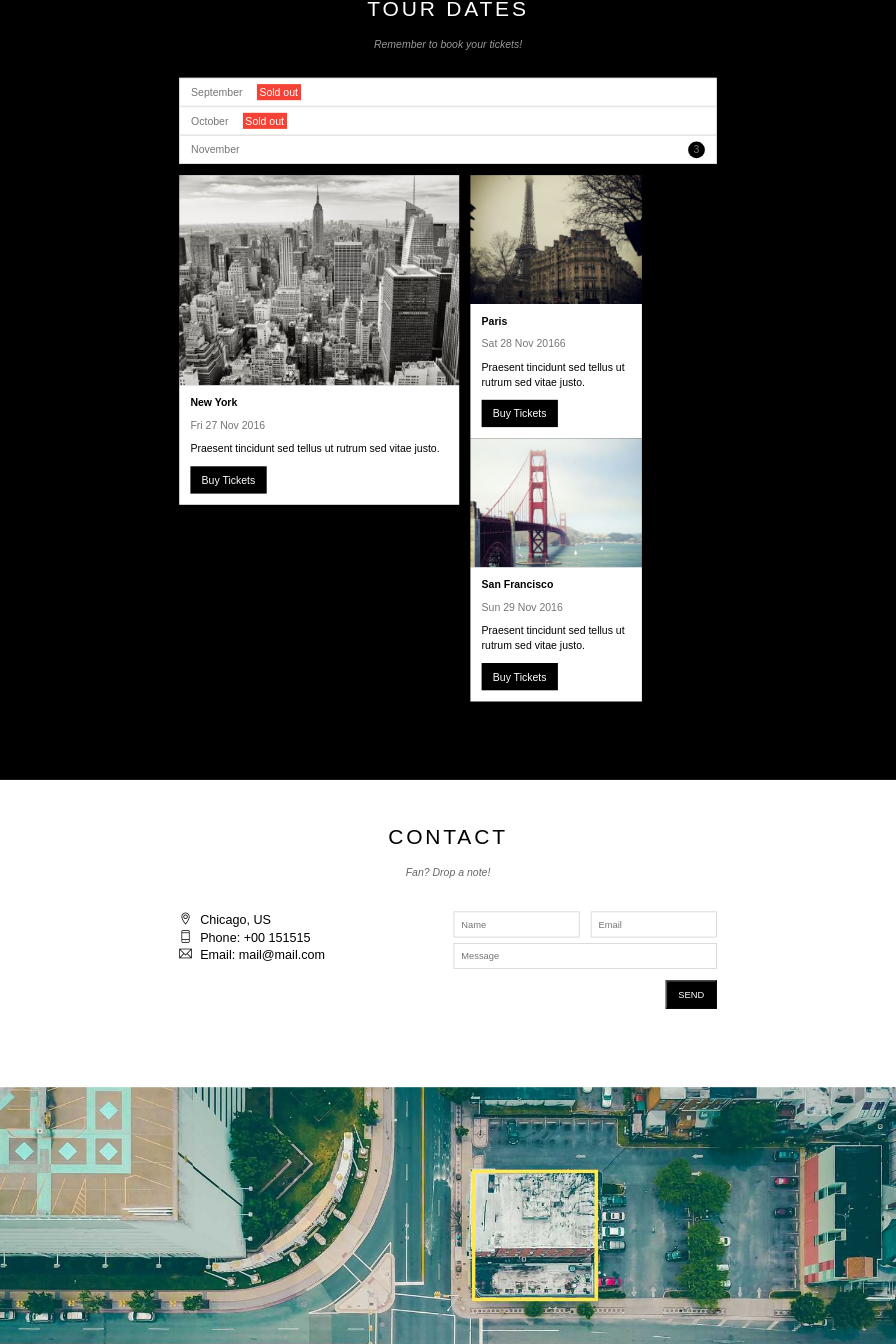
Repository: BrandonTuan777/The_Band
Page: index.html
These files come from the project's save history. The page is drawn as it stood at one moment and after the next save; the edit follows.
The browser window is 1280 px wide. The pictures show the part of the page from y = 1433 to 3353 px (the page is 3900 px tall before and 3524 px after), at 70% of full size.

Above is the page before, as saved 2022-04-12 21:26:37.

### index.html
<!DOCTYPE html>
<html lang="en">
  <head>
    <meta charset="UTF-8" />
    <meta http-equiv="X-UA-Compatible" content="IE=edge" />
    <meta name="viewport" content="width=device-width, initial-scale=1.0" />
    <title>The Band</title>
    <link
      rel="shortcut icon"
      type="image/jpg"
      href="./assets/img/favicon/01d1b4547ce03c3ec499c827caac4a72.jpg"
    />
    <link rel="stylesheet" href="./assets/css/styles.css" />
    <link rel="stylesheet" href="./assets/css/responsive.css" />

    <link
      rel="stylesheet"
      href="./assets//fonts/themify-icons/themify-icons.css"
    />
  </head>
  <body>
    <div id="main">
      <div id="header">
        <!-- Begin:Nav -->
        <ul id="nav">
          <li><a href="#">Home</a></li>
          <li><a href="#band">Band</a></li>
          <li><a href="#tour">Tour</a></li>
          <li><a href="#contact">Contact</a></li>
          <li>
            <a href="#">
              More
              <i class="nav-arrow-down ti-angle-down"></i>
            </a>
            <ul class="subnav">
              <li><a href="#">Merchandise</a></li>
              <li><a href="#">Extras</a></li>
              <li><a href="#">Media</a></li>
            </ul>
          </li>
        </ul>
        <!-- End:Nav -->

        <!-- Begin:Search button -->
        <div class="search-btn">
          <i class="search-icon ti-search"></i>
        </div>

        <div id="mobile-menu" class="mobile-menu-btn">
          <i class="menu-icon ti-menu"></i>
        </div>
        <!-- End:Search button -->
      </div>

      <div id="slider">
        <div class="text-content">
          <h2 class="text-heading">New York</h2>
          <div class="text-description">
            The atmosphere in New York is lorem ipsum.
          </div>
        </div>
      </div>

      <div id="content">
        <!--About section  -->
        <div id="band" class="content-section">
          <h2 class="section-heading">THE BAND</h2>
          <p class="section-sub-heading">We love music</p>
          <p class="about-text">
            We have created a fictional band website. Lorem ipsum dolor sit
            amet, consectetur adipiscing elit, sed do eiusmod tempor incididunt
            ut labore et dolore magna aliqua. Ut enim ad minim veniam, quis
            nostrud exercitation ullamco laboris nisi ut aliquip ex ea commodo
            consequat. Duis aute irure dolor in reprehenderit in voluptate velit
            esse cillum dolore eu fugiat nulla pariatur. Excepteur sint occaecat
            cupidatat non proident, sunt in culpa qui officia deserunt mollit
            anim id est laborum consectetur adipiscing elit, sed do eiusmod
            tempor incididunt ut labore et dolore magna aliqua. Ut enim ad minim
            veniam, quis nostrud exercitation ullamco laboris nisi ut aliquip ex
            ea commodo consequat.
          </p>
          <div class="row member-list">
            <div class=" member-item text-center col  col-third mt-16">
            <p class="member-name">Name</p>
              <img
                class="member-img"
                src="./assets/img/team/member1.jpg"
                alt=""
              />
            </div>
            <div class=" member-item text-center col  col-third mt-16">
              <p class="member-name">Name</p>
              <img
                class="member-img"
                src="./assets/img/team/member1.jpg"
                alt=""
              />
            </div>
            <div class=" member-item text-center col  col-third mt-16">
              <p class="member-name">Name</p>
              <img
                class="member-img"
                src="./assets/img/team/member1.jpg"
                alt=""
              />
            </div>
          </div>
        </div>
        <!-- Tour section -->
        <div id="tour" class="tour-section">
          <div class="content-section">
            <h2 class="section-heading text-white">TOUR DATES</h2>
            <p class="section-sub-heading text-white">
              Remember to book your tickets!
            </p>
            <!-- Tickets -->
            <ul class="ticket-list">
              <li>September <span class="sold-out">Sold out</span></li>
              <li>October <span class="sold-out">Sold out</span></li>
              <li>November <span class="quantity">3</span></li>
            </ul>

            <!-- Places -->
            <div class="row places-list">
              <div class="col s-col-fullcol-third">
                <img
                  src="./assets/img/places/places1.jpg"
                  alt=""
                  class="place-img"
                />
                <div class="place-body">
                  <h3 class="place-heading">New York</h3>
                  <p class="place-time">Fri 27 Nov 2016</p>
                  <p class="place-description">
                    Praesent tincidunt sed tellus ut rutrum sed vitae justo.
                  </p>
                  <a href="#" class="btn">Buy Tickets</a>
                </div>
              </div>
              <div class="col s-col-full col-third">
              <img
                  src="./assets/img/places/places2.jpg"
                  alt=""
                  class="place-img"
                />
                <div class="place-body">
                  <h3 class="place-heading">Paris</h3>
                  <p class="place-time">Sat 28 Nov 20166</p>
                  <p class="place-description">
                    Praesent tincidunt sed tellus ut rutrum sed vitae justo.
                  </p>
                  <a href="#" class="btn">Buy Tickets</a>
                </div>
              </div>
              <div class="col s-col-full col-third">
              <img
                  src="./assets/img/places/places3.jpg"
                  alt=""
                  class="place-img"
                />
                <div class="place-body">
                  <h3 class="place-heading">San Francisco</h3>
                  <p class="place-time">Sun 29 Nov 2016</p>
                  <p class="place-description">
                    Praesent tincidunt sed tellus ut rutrum sed vitae justo.
                  </p>
                  <a href="#" class="btn">Buy Tickets</a>
                </div>
              </div>
            </div>
          </div>
        </div>
        <!--Begin: Contact section -->
        <div id="contact" class="content-section">
          <h2 class="section-heading">CONTACT</h2>
          <p class="section-sub-heading">Fan? Drop a note!</p>
          <div class="row contact-content">
            <div class="col col-half contact-info">
              <p><i class="ti-location-pin"></i>Chicago, US</p>
              <p><i class="ti-mobile"></i>Phone: +00 151515</p>
              <p><i class="ti-email"></i>Email: mail@mail.com</p>
            </div>
            <div class="col col-half contact-form">
              <form action="">
                <div class="row">
                  <div class="col col-half">
                    <input
                      type="text"
                      name=""
                      id=""
                      required
                      placeholder="Name"
                      class="form-control"
                    />
                  </div>
                  <div class="col col-half">
                    <input
                      type="email"
                      name=""
                      id=""
                      required
                      placeholder="Email"
                      class="form-control"
                    />
                  </div>
                </div>
                <div class="row mt-8">
                  <div class="col col-full">
                    <input
                      type="text"
                      name=""
                      id=""
                      required
                      placeholder="Message"
                      class="form-control"
                    />
                  </div>
                </div>
                <input
                  class="pull-rigth btn mt-16"
                  type="submit"
                  value="SEND"
                />
              </form>
            </div>
          </div>
        </div>
        <!--End: Contact section -->
        <div class="map-section">
          <img src="./assets/img/map/map.jpg" alt="" />
        </div>
      </div>
      <!-- Footer -->
      <div id="footer">
        <div class="social">
          <a href=""><i class="ti-facebook"></i></a>
          <a href=""><i class="ti-instagram"></i></a>
          <a href=""><i class="ti-youtube"></i></a>
          <a href=""><i class="ti-pinterest"></i></a>
          <a href=""><i class="ti-twitter-alt"></i></a>
          <a href=""><i class="ti-linkedin"></i></a>
        </div>
        <p class="copy-right">
          Powered by
          <a href="https://www.w3schools.com/w3css/default.asp" target="_blank"
            >w3.css</a
          >
        </p>
      </div>
    </div>
    <script>
      var header = document.getElementById("header");
      var mobileMenu = document.getElementById("mobile-menu");
      var headerHeight = header.clientHeight;

      // Đóng mở mobile menu
      mobileMenu.onclick = () => {
        var isClosed = header.clientHeight === headerHeight;
        if (isClosed) {
          header.style.height = "auto";
        } else {
          header.style.height = null;
        }
      };
      //Tự động đóng
      var menuItems = document.querySelectorAll('#nav li a[href*="#"]');
      console.log(menuItems);

      for (var i = 0; i < menuItems.length; i++) {
        var menuItem = menuItems[i];

        console.log(menuItem);
        menuItem.onclick = function () {
          var isParentMenu =  this.nextElementSibling &&  this.nextElementSibling.classList.contains("subnav");
          if (isParentMenu) {
            event.preventDefault();
          } else {
            header.style.height = null;
          }
        };
      }
    </script>
  </body>
</html>

### assets/css/styles.css
/* Reset CSS */
* {
  padding: 0;
  margin: 0;
  box-sizing: border-box;
}

html {
  font-family: Arial, Helvetica, sans-serif;
  scroll-behavior: smooth;
}

/* Common */
.clear {
  clear: both;
}

.text-white {
  color: #fff !important;
}

.row {
  margin-left: -8px;
  margin-right: -8px;
}

.row::after {
  content: "";
  display: block;
  clear: both;
}

.col-half {
  width: 50%;
}

.col-full {
  width: 100%;
}

.col {
  float: left;
  padding-left: 8px;
  padding-right: 8px;
}

.col-third {
  width: 33.333%;
}

.text-center {
  text-align: center !important;
}

.mt-8 {
  margin-top: 8px !important;
}

.mt-16 {
  margin-top: 16px !important;
}

.btn {
  color: #fff;
  background-color: #000;
  text-decoration: none;
  padding: 11px 16px;
  display: inline-block;
  margin-top: 15px;
}

.btn:hover {
  color: #000;
  background-color: #757575;
  border: none;
}

.pull-rigth {
  float: right !important;
}

/* Main */
#main {
}

#header {
  position: fixed;
  top: 0;
  left: 0;
  right: 0;
  height: 46px;
  background-color: #000;
  z-index: 1;

}

#nav {
  display: inline-block;
}

#nav,
.subnav {
  list-style: none;
}

#nav > li {
  display: inline-block;
}

#nav li {
  position: relative;
}

#nav > li > a {
  color: white;
  text-transform: uppercase;
}

#nav li a {
  text-decoration: none;
  line-height: 46px;
  padding: 0 24px;
  display: block;
}

#nav li:hover .subnav {
  display: block;
}

#nav .subnav li:hover a,
#nav > li:hover > a {
  color: #000;
  background-color: #ccc;
}

#nav .subnav {
  display: none;
  min-width: 160px;
  top: 100%;
  left: 0;
  position: absolute;
  background-color: #fff;
  box-shadow: 0 0 10px rgba(0, 0, 0, 0.3);
}

#nav .subnav a {
  color: #000;
  padding: 0 12px;
  line-height: 38px;
}

#nav .nav-arrow-down {
  font-size: 11px;
}

#header .mobile-menu-btn {
  position: absolute;
  top: 0;
  right: 0;
  display: none;
}

#header .mobile-menu-btn,
#header .search-btn {
  float: right;
  padding: 0 21px;
}

#header .search-btn:hover {
  background-color: red;
  cursor: pointer;
}

#header .mobile-menu-btn:hover {
  background-color: #ccc;
}

#header .mobile-menu-btn:hover .menu-icon {
  color: #000;
}

#header .menu-icon,
#header .search-icon {
  color: #ccc;
  font-size: 20px;
  line-height: 46px;
}

#slider {
  position: relative;
  margin-top: 46px;
  padding-top: 50%;
  background: url("/assets/img/slider/slider1.jpg") top center / cover no-repeat;
}

#slider .text-content {
  position: absolute;
  bottom: 47px;
  color: #fff;
  text-align: center;
  /* transform: translateX(-50%);
  left: 50%; */
  width: 100%;
}

#slider .text-heading {
  font-weight: 500;
  font-size: 25px;
}

#slider .text-description {
  font-size: 15px;
  margin-top: 25px;
}

#content {
}

#content .content-section {
  width: 800px;
  max-width: 100%;
  padding: 64px 0 112px;
  margin-left: auto;
  margin-right: auto;
  padding-left: 16px;
  padding-right: 16px;
}

#content .section-heading {
  font-size: 30px;
  text-align: center;
  font-weight: 500;
  letter-spacing: 4px;
}
#content .section-sub-heading {
  font-size: 15px;
  text-align: center;
  margin-top: 25px;
  font-style: italic;
  opacity: 0.6;
}

#content .about-text {
  margin-top: 25px;
  font-size: 15px;
  text-align: justify;
  line-height: 1.4;
}

#content .member-list {
  margin-top: 48px;
}

#content .member-item {
  text-align: center;
}

#content .member-name {
  font-size: 15px;
}

#content .member-img {
  width: 154px;
  margin-top: 15px;
  border-radius: 4px;
}

/* Tour section */
.tour-section {
  background-color: #000;
}

.ticket-list {
  margin-top: 40px;
  background-color: #fff;
}

.ticket-list li {
  font-size: 15px;
  padding: 11px 16px;
  border: 1px solid #ddd;
  color: #757575;
  list-style: none;
}

.ticket-list .sold-out {
  background-color: #f44336 !important;
  color: #fff;
  padding: 3px 4px;
  margin-left: 16px;
}

.ticket-list .quantity {
  float: right;
  width: 24px;
  height: 24px;
  background-color: #000;
  border-radius: 50%;
  text-align: center;
  line-height: 24px;
  margin-top: -3px;
}

/* Places */

.places-list {
  margin-top: 16px;
}
.place-img {
  width: 100%;
  display: block;
}
.place-img:hover {
  opacity: 0.6;
}
.place-body {
  padding: 16px;
  font-size: 15px;
  background-color: #fff;
}
.place-heading {
  font-size: 15px;
  font-weight: 600;
}
.place-time {
  margin-top: 15px;
  color: #757575;
}
.place-description {
  margin-top: 15px;
  line-height: 1.4;
}

/* Contact form */

.contact-content {
  margin-top: 48px;
}

.contact-info {
  font-size: 18px;
  line-height: 1.4;
}
.contact-info i[class*="ti-"] {
  width: 30px;
  display: inline-block;
}

.contact-form {
  font-size: 15px;
}

.contact-form .form-control {
  border: 1px solid #ccc;
  width: 100%;
  padding: 10px;
}

/* Map section */

.map-section img {
  width: 100%;
}

#footer {
  padding: 64px 16px;
  text-align: center;
}

#footer .social {
  font-size: 20px;
  margin-bottom: 20px;
}

#footer .social a {
  color: rgba(0, 0, 0, 0.6);
  text-decoration: none;
}

#footer .copy-right:hover,
#footer .social a:hover {
  color: rgba(0, 0, 0, 0.4);
}

#footer .copy-right {
  color: rgba(0, 0, 0, 0.6);
}

#footer .copy-right a {
  color: rgba(0, 0, 0, 0.6);
}

### assets/css/responsive.css
/* PC */
@media (min-width: 1024px) {
}
/* Tablet */
@media (min-width: 740px) and (max-width: 1023px) {
}
/* Mobile */

@media (max-width: 740px) {
  #header {
    overflow: hidden;
  }
  #header .mobile-menu-btn {
    display: block;
  }
  #nav li a {
    padding: 1px 24px;
  }

  #header .search-btn {
    display: none;
  }

  #nav {
    display: block;
  }

  #nav > li {
    display: block;
  }
  #nav > li:first-child {
    display: inline-block;
  }
  #nav .subnav {
    position: initial;
    background-color: #333;
  }
  #nav .subnav a {
    color: #fff;
    padding: 5px 41px;
  }

  #content .member-item{
      margin-top: 30px;
      width: 100%;
  }
  #content .member-img{
      width: 60%;
  }
  s-col-full{
      width: 100%;
  }

}

Loaded but not shown: assets/fonts/themify-icons/themify-icons.css (common file)

After the next save:
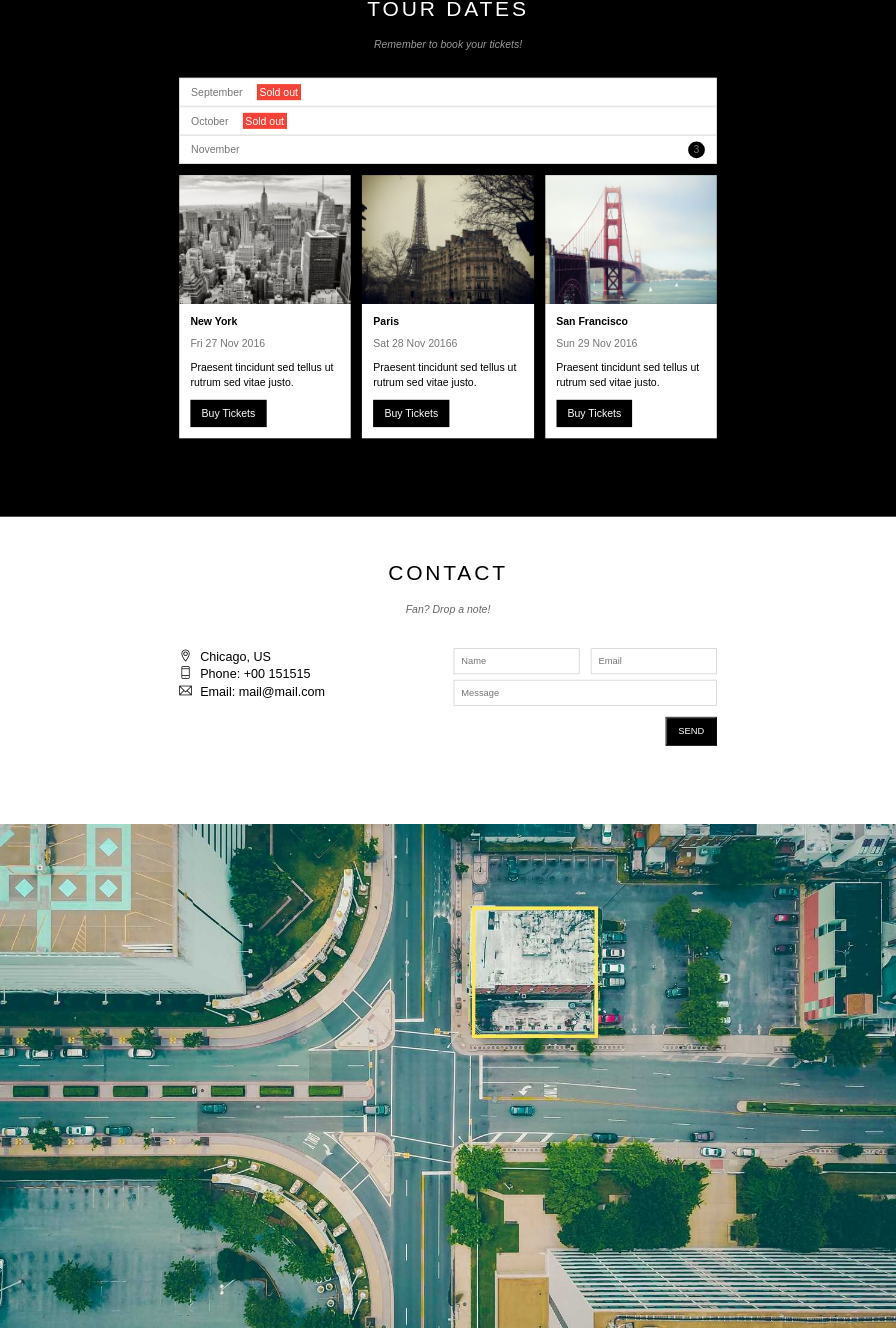
Saved 4 s later.
--- a/index.html
+++ b/index.html
@@ -122,7 +122,7 @@
 
             <!-- Places -->
             <div class="row places-list">
-              <div class="col s-col-fullcol-third">
+              <div class="col s-col-full col-third">
                 <img
                   src="./assets/img/places/places1.jpg"
                   alt=""

After the save that followed:
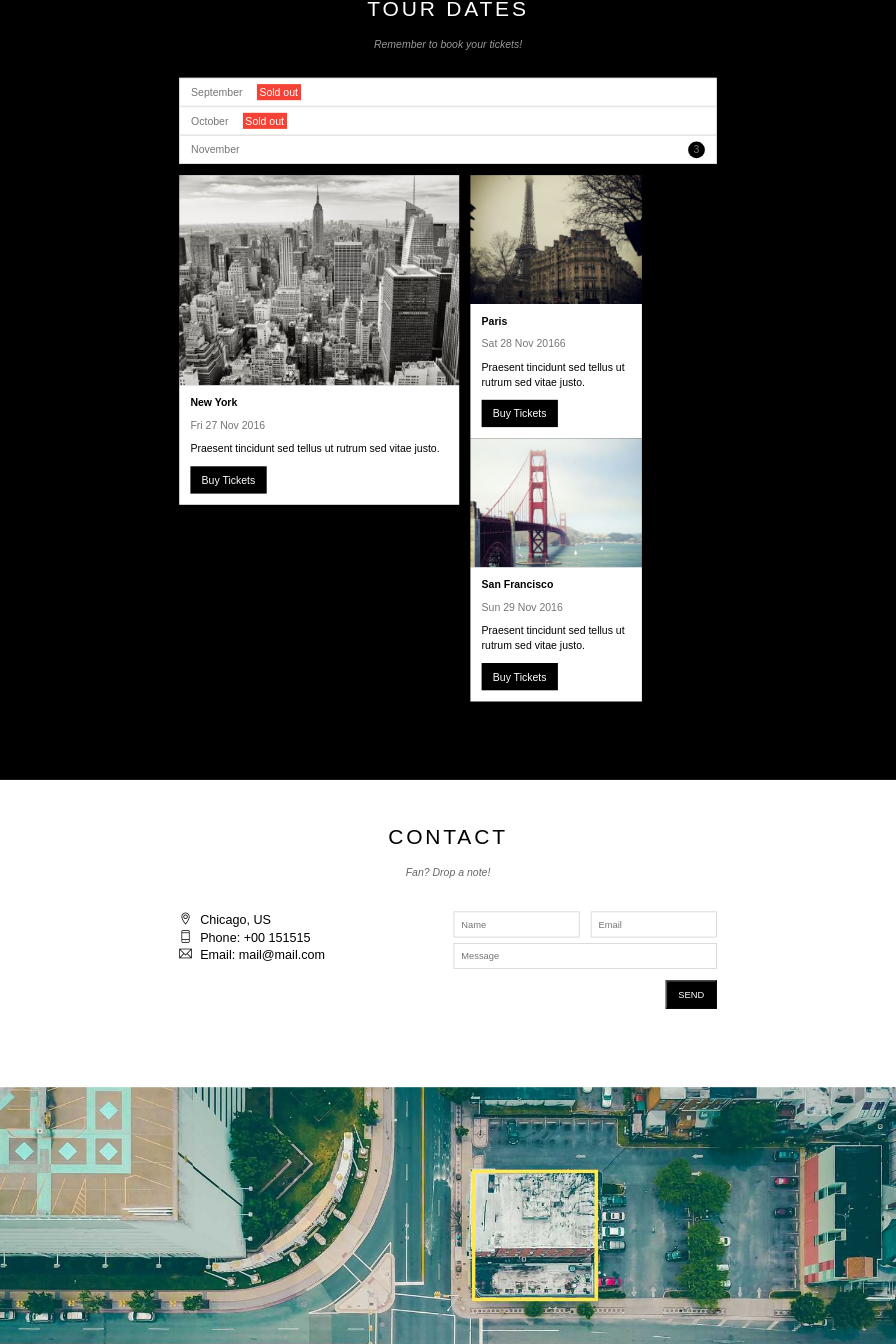
Saved 7 s later.
--- a/index.html
+++ b/index.html
@@ -122,7 +122,7 @@
 
             <!-- Places -->
             <div class="row places-list">
-              <div class="col s-col-full col-third">
+              <div class="col s-col-fullcol-third">
                 <img
                   src="./assets/img/places/places1.jpg"
                   alt=""
